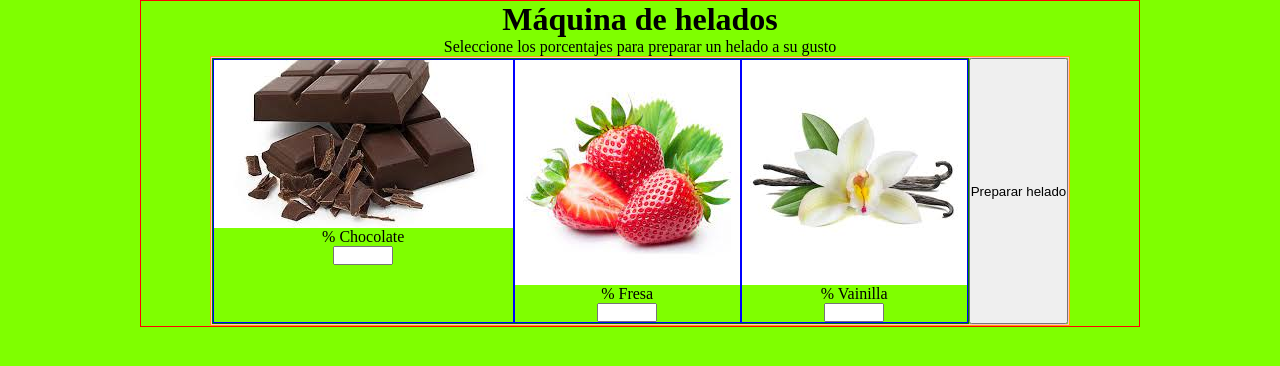
Repository: Ibizus/ejercicios_JSP
Page: http://localhost/ejercicios_Hector/ejercicio10/index.jsp
The author's editor kept a copy of each file at every save. The page is drawn from the files as they stood at one save, then again after the next save.
The browser window is 1280 px wide. The pictures show the whole page.
The page is served by Tomcat 9.

Above is the page before, as saved 2023-11-16 17:55:04.

After the next save:
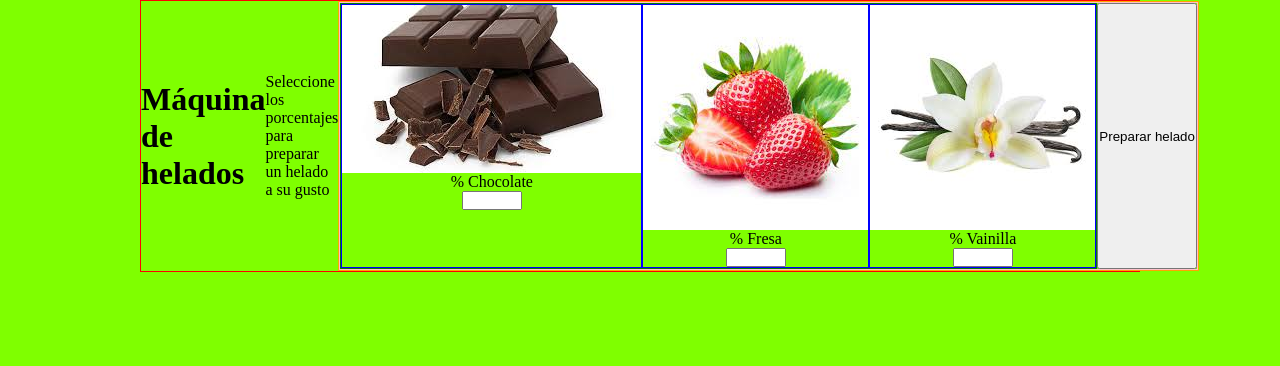
Saved 20 s later.
--- a/ejercicios_Hector/src/main/webapp/ejercicio10/css/style.css
+++ b/ejercicios_Hector/src/main/webapp/ejercicio10/css/style.css
@@ -10,7 +10,6 @@
 body{
     max-width: 1000px;
     display: flex;
-    flex-direction: column;
     align-items: center;
     margin: auto;
     background-color: chartreuse;
